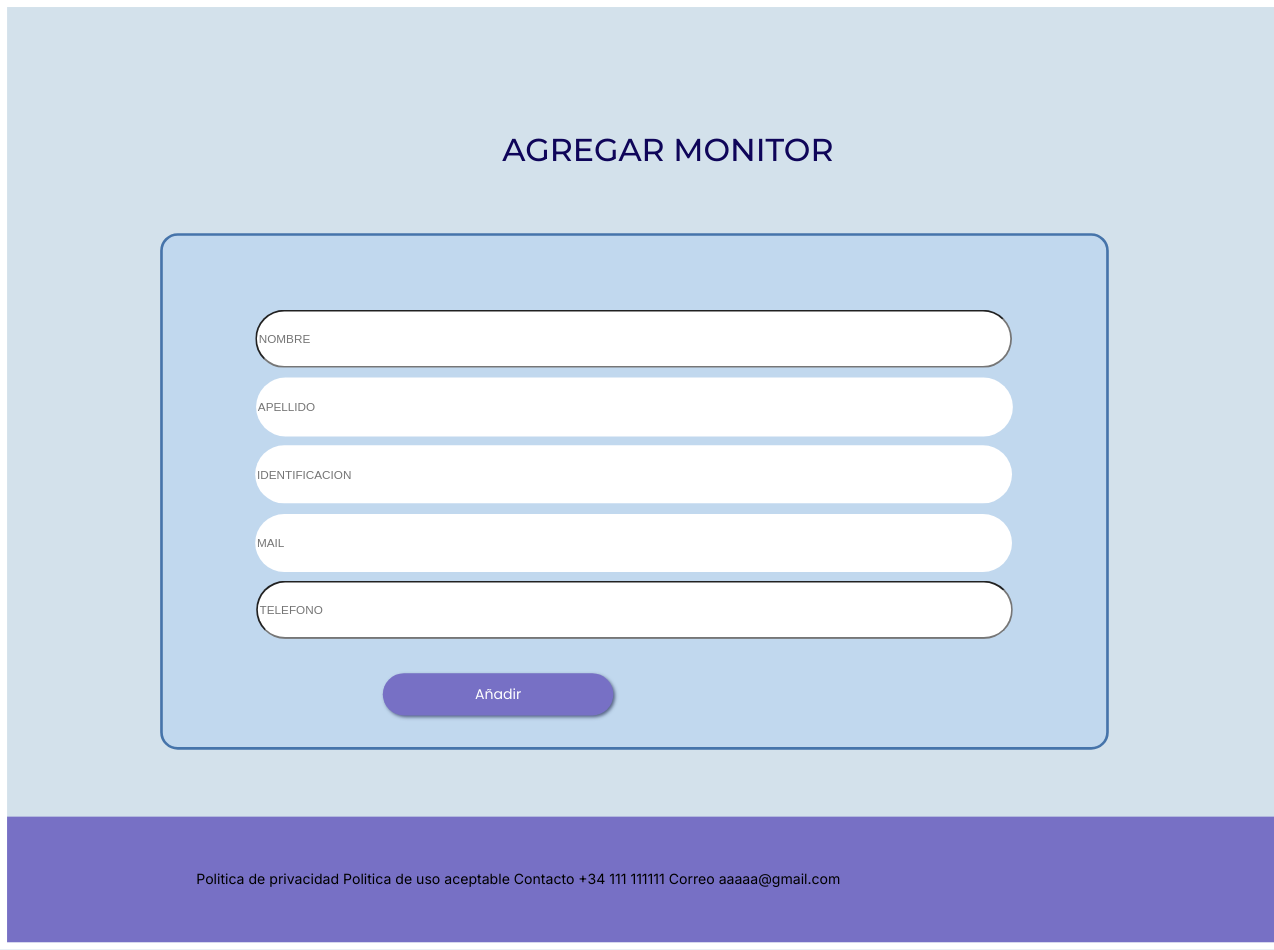
Repository: maariadomiingo/Proyecto-Integrador-Campamento
Page: html/agregarMonitor.html
An editor plug-in stored every save of this project. The page is shown before and after the next save, followed by the edit.
The browser window is 1280 px wide. The page is 1448 px wide, so the pictures cover 1448 px, including what lies to the right of the window. The pictures show the whole page, at 88% of full size.

Above is the page before, as saved 2025-02-13 10:41:34.

After the next save:
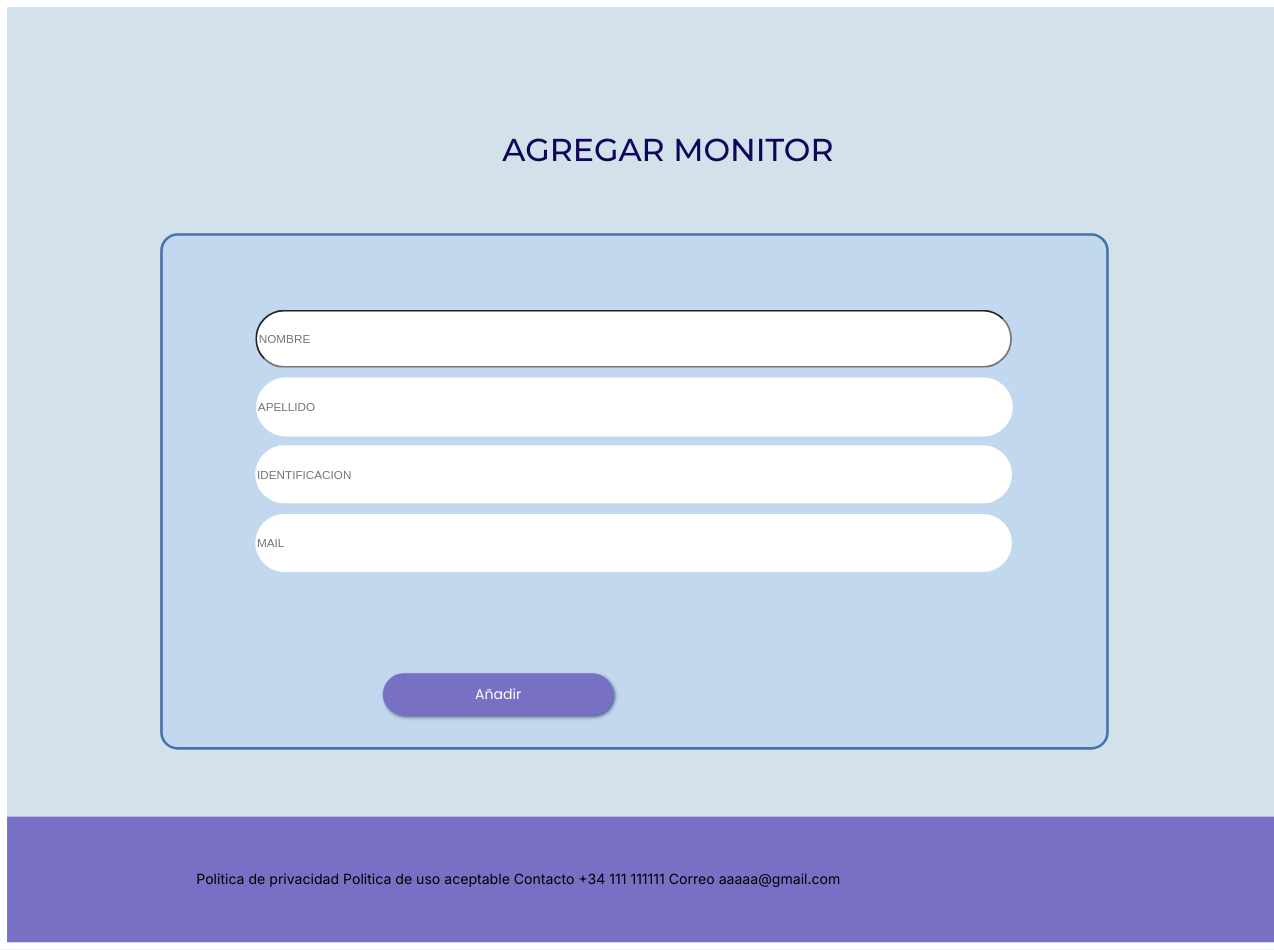
Saved 7 s later.
--- a/html/agregarMonitor.html
+++ b/html/agregarMonitor.html
@@ -26,7 +26,7 @@
  -->      <input type="text" class="nombre" name="nombre" placeholder="NOMBRE">
       <input type="text" class="apellido" name="apellido" placeholder="APELLIDO">
       <input type="email" class="mail" name="mail" placeholder="MAIL">
-      <input type="text" class="rectangle-9" name="telefono" placeholder="TELEFONO">
+      <input type="text" class="telefono" name="telefono" placeholder="TELEFONO">
       <input type="text" class="identificacion" name="IDENTIFICACION" placeholder="IDENTIFICACION">
 
       <button class="primary-buttons">

After the save that followed:
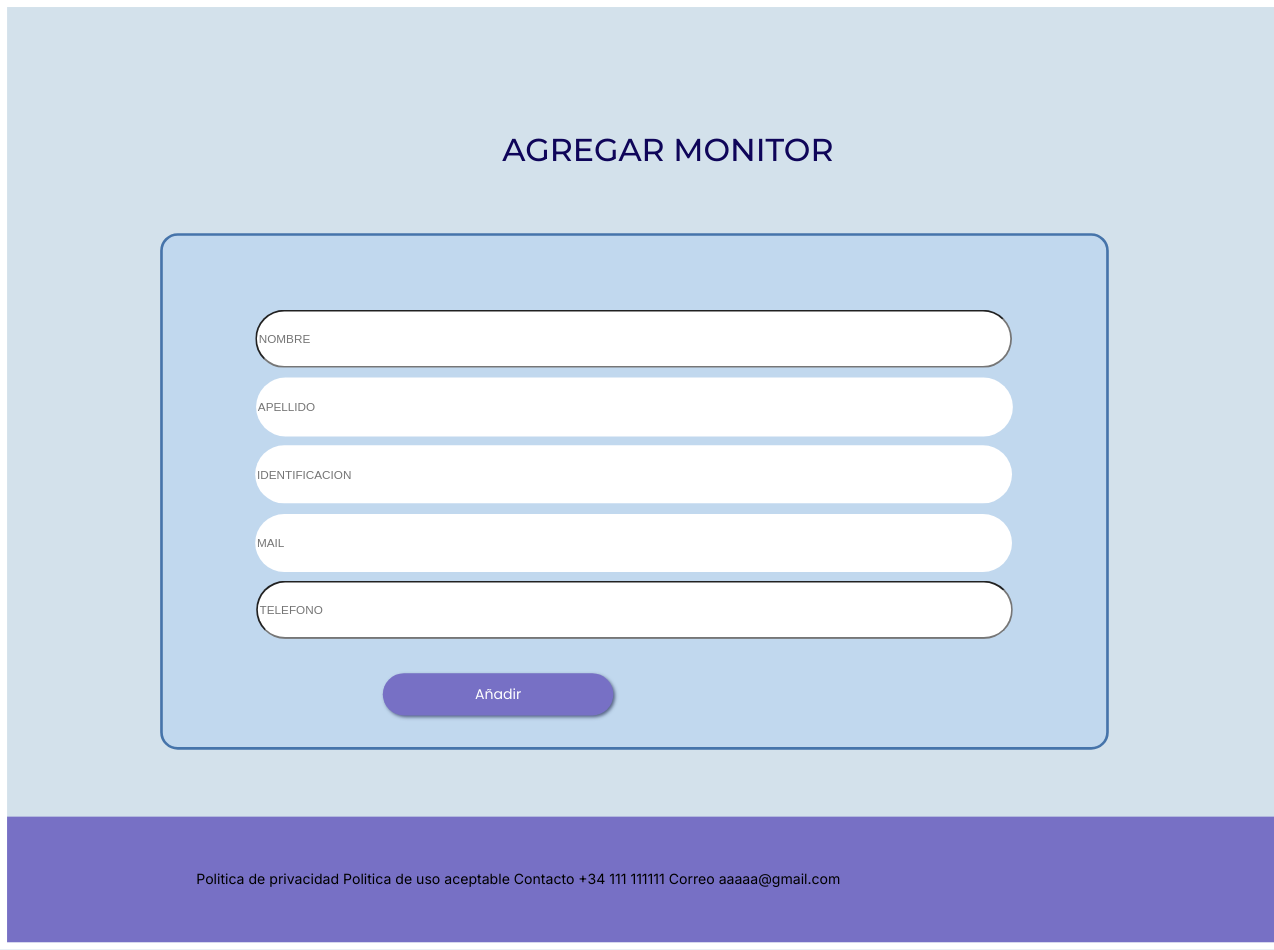
Saved 10 s later.
--- a/css/agregarMonitor.css
+++ b/css/agregarMonitor.css
@@ -168,7 +168,7 @@ button {
 }
 
 
-.rectangle-9 {
+.telefono {
   position: absolute;
   width: 860px;
   height: 66px;
